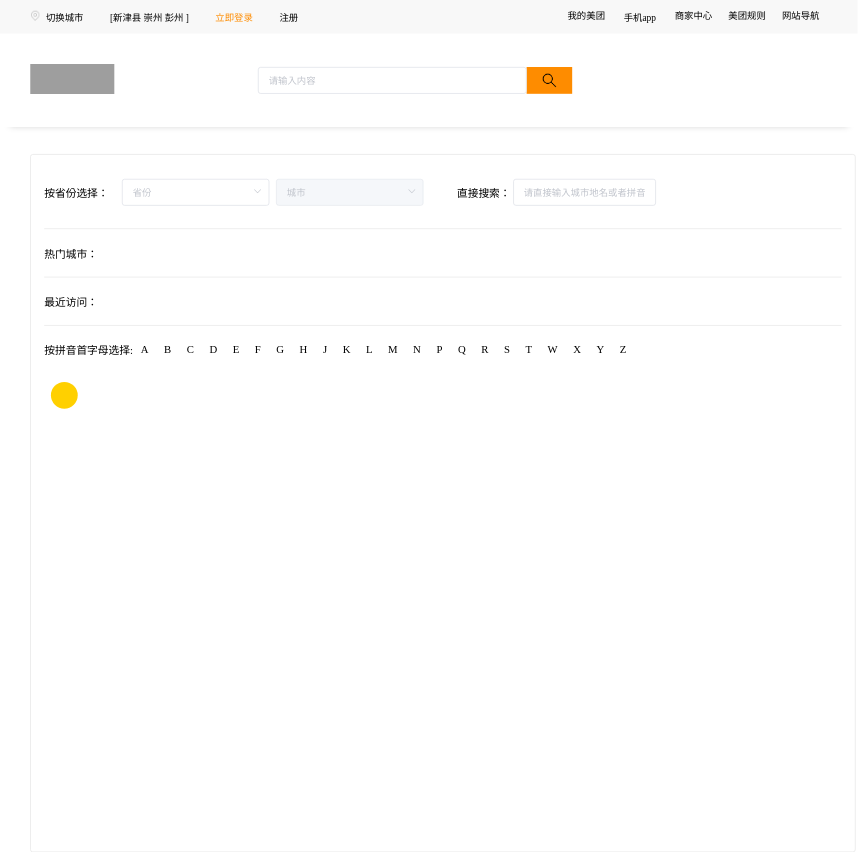
Repository: jinggegeZ/-
Page: /city
The author's editor kept a copy of each file at every save. The page is drawn from the files as they stood at one save, then again after the next save.
The browser window is 1280 px wide. The pictures show the whole page, at 67% of full size.
Pictures or frames that could not be fetched are drawn as grey boxes. The page's requests for data from a server got no answer. The project was rebuilt for these pictures with package versions that can differ from the ones it lists, and the page was loaded fresh each time. No one was signed in, and anything a server would have sent is missing. Also part of the build but not shown: vue.config.js, src/components/Navigation/Navigation.vue, src/components/navbox/navbox.vue, src/components/Sty/Sty.vue, src/views/Home.vue.

Above is the page before, as saved 2020-08-21 17:50:45.

### public/index.html
<!DOCTYPE html>
<html lang="en">
  <head>
    <meta charset="utf-8">
    <meta http-equiv="X-UA-Compatible" content="IE=edge">
    <meta name="viewport" content="width=device-width,initial-scale=1.0">
    <link rel="icon" href="<%= BASE_URL %>favicon.ico">
    <title><%= htmlWebpackPlugin.options.title %></title>
  </head>
  <body>
    <script src="//at.alicdn.com/t/font_2017422_ck56kzje6p4.js"></script>
    <noscript>
      <strong>We're sorry but <%= htmlWebpackPlugin.options.title %> doesn't work properly without JavaScript enabled. Please enable it to continue.</strong>
    </noscript>
    <div id="app"></div>
    <!-- built files will be auto injected -->
  </body>
</html>

### src/App.vue
<template>
  <div id="app">
    <router-view/>
  </div>
</template>

<style lang="scss">
@import '../src/style/style';
</style>

### src/views/city/city.vue
<template>
  <div>
    <top :city="city"></top>
    <div class="topbox1">
      <div class="top">
        <div class="nav">
          <!-- 美团-->
          <div class="nav1">
            <div>
              <img
                class="nav1img"
                src="//s0.meituan.net/bs/fe-web-meituan/fa5f0f0/img/logo.png"
                alt
              />
            </div>
          </div>
          <!-- 搜索-->
          <div class="nav1input">
            <div class="nav1input">
              <el-input v-model="keyword" placeholder="请输入内容" @input="change"></el-input>
              <div class="nav1input1box" v-if="keyword != ''">
                <div class="item" v-for="item in arr" :key="item.id">
                  <div v-if="item.name">{{item.name}}</div>
                </div>
              </div>
            </div>

            <div class="nav1inputboox">
              <img class="nav1inputbooximg" src="../../../public/image/search.png" alt />
            </div>
          </div>
        </div>
      </div>
    </div>
    <div class="topbox2">
      <div class="top">
        <!-- 城市部分 -->
        <div class="citybox">
          <!-- 按省份选择部分 -->
          <div class="citybox-province">
            <!-- 按省份选择左边部分 -->
            <div>按省份选择：</div>
            <div class="proviencechosebox">
              <el-select v-model="value" placeholder="省份">
                <el-option
                  v-for="item in cities"
                  :key="item.id"
                  :label="item.name"
                  :value="item.id"
                >
                  <!-- <span style="float: left">{{ item.name }}</span> -->
                  <span
                    style="float: right; color: #8492a6; font-size: 13px"
                    @click="choseprovice(item)"
                  >{{ item.name }}</span>
                </el-option>
              </el-select>
            </div>
            <div class="citychosebox">
              <el-select v-model="value1" :disabled="flag" placeholder="城市">
                <el-option
                  v-for="item in citiess"
                  :key="item.id"
                  :label="item.name"
                  :value="item.id"
                >
                  <span style="float: left">{{ item.label }}</span>
                  <span
                    style="float: right; color: #8492a6; font-size: 13px"
                    @click="gohome(item)"
                  >{{ item.name }}</span>
                </el-option>
              </el-select>
            </div>
            <!-- 按省份选择左边部分 -->
            <div class="directSearch">
              <div>直接搜索：</div>
              <div class="directSearchbox">
                <div>
                  <el-input v-model="input" placeholder="请直接输入城市地名或者拼音"></el-input>
                </div>
              </div>
            </div>
          </div>
          <!-- 热门城市选择-->
          <div class="hotcitychose">
            <div>热门城市：</div>
            <div class="hotcitychosebox">
              <div v-for="item in hotcitys" :key="item.id" @click="gohome(item)">
                <div v-if="item.name =='市辖区'">{{item.province}}</div>
                <div v-else>{{item.name}}</div>
              </div>
            </div>
          </div>
          <!-- 最近访问-->
          <div class="recentVisit">
            <div>最近访问：</div>
            <div class="recentVisitchosebox">
              <div v-for="(item,index) in recentVisitlist" :key="index">
                <div class="recentVisitchosebox-item">{{item}}</div>
              </div>
            </div>
          </div>
          <!-- 拼音首字母 -->
          <div class="Initials">
            <div>按拼音首字母选择:</div>
            <div class="Initialsbox">
                <div v-for="(item,index) in letter" :key="index">
                <div >{{item}}</div>
              </div>
            </div>
          </div>
          <!-- 详细地区 -->
          <div class="detailscity">
            <div class="letter"></div>
            <div></div>
          </div>
        </div>
      </div>
    </div>
  </div>
</template>

<script>
import top from "../../components/top/top";
import city from "../../../city/city"
export default {
  name: "",
  props: {},
  components: {
    top,
  },
  data() {
    return {
      city: "",
      keyword: "",
      arr: [],
      cities: [],
      citiess: [],
      input: "",
      value: "",
      value1: "",
      flag: true,
      hotcitys: [],
      recentVisitlist: [],
      name:'',
      citys:{},
      letter:[]
    };
  },
  methods: {
    //输入框change事件变化
    change(value) {
      this.keyword = value;
      this.$api
        .getkeyword({ city: this.city, keyword: this.keyword })
        .then((res) => {
          this.arr = res.data.pois.slice(0, 10);
        })
        .catch((err) => {});
    },
    //点击获取id
    choseprovice(item) {
      let id = item.id;
      this.$api
        .getcity(id)
        .then((res) => {
          console.log(res);
          if (res.code === 200) {
            this.citiess = res.data.city;
            this.flag = false;
          }
        })
        .catch((err) => {});
      this.value1 === "";
    },
    //点击返回首页
    gohome(item) {
      console.log(item);
      if(item.name ==='市辖区'){
          this.name = item.province;
      }
      else{
          this.name = item.name
      }
      let arr = this.recentVisitlist;
      arr.push(this.name);
      localStorage.setItem("arr", JSON.stringify(arr));
    },
  },
  mounted() {
    //获取存储
    if (JSON.parse(localStorage.getItem("arr"))) {
      this.recentVisitlist = JSON.parse(localStorage.getItem("arr"));
    }

    //获取省份
    this.$api
      .getprovince()
      .then((res) => {
        if (res.code === 200) {
          this.cities = res.data.province;
        }
      })
      .catch((err) => {});
    //获取城市
    this.$api
      .getposition()
      .then((res) => {
        this.city = JSON.parse(res.data).city;
      })
      .catch((err) => {});
    //获取热门城市
    this.$api
      .gethotcity()
      .then((res) => {
        console.log(res);
        if (res.code === 200) {
          this.hotcitys = res.data.hots;
        }
      })
      .catch((err) => {});
    //获取city.js中的数据
    this.citys = city.data.cities
    for(let i in this.citys){
        this.letter.push(i)
        console.log(this.citys[i]);
    }
  },
  watch: {},
  computed: {},
};
</script>

<style scoped lang='scss'>
</style>

### src/components/top/top.vue
<template>
  <div class="topbox">
    <div class="top">
      <div class="top1">
        <div class="leftbox">
          <div>
            <img class="leftboximg" src="../../../public/image/pos.png" alt /> <span class="spans" @click="gocity">{{this.city}}</span>
             <span class="spans1">切换城市</span>
          </div>
          <div>[<span class="spans">新津县</span> <span class="spans">崇州</span> <span class="spans">彭州</span> ]</div>
          <div class="rightnow">立即登录</div>
          <div>注册</div>
        </div>
        <div class="rightbox">
          <div class="rightbox1">
            <div class="postion">我的美团</div>
            <div class="rightbox2">
              <div class="rightbox3">我的订单</div>
              <div class="rightbox3">我的收藏</div>
              <div class="rightbox3">抵用券</div>
              <div class="rightbox3">美团设置</div>
            </div>
          </div>

          <div class="rightbox1">手机app</div>
          <div class="rightbox1">
            <div class="postion">商家中心</div>
            <div class="rightbox2">
              <div class="rightbox4">美团餐饮用户中心</div>
              <div class="rightbox4">登录商家中心</div>
              <div class="rightbox4">美团智能收银</div>
              <div class="rightbox4">我想合作</div>
              <div class="rightbox4">手机免费开店</div>
              <div class="rightbox4">餐饮代理商招募</div>
              <div class="rightbox4">商家申请开票</div>
              <div class="rightbox4">免费合作美团排队</div>
            </div>
          </div>
          <div class="rightbox1">
            <div class="postion">美团规则</div>
            <div class="rightbox2">
              <div class="rightbox3">规则中心</div>
              <div class="rightbox3">规则目录</div>
              <div class="rightbox3">规则评议院</div>
            </div>
          </div>
          <div class="rightbox1">
            <div class="postion">网站导航</div>
            <div class="rightbox2">
              <div class="rightbox5">
                <div class="rightbox6">
                  <div class="rightbox6-1">
                    <div class="rightbox6-1-1">酒店旅游</div>
                    <div class="rightbox6-1-2">.
                        <div class="rightbox6-1-2-1">
                            <div>国际机票</div>
                            <div>火车票</div>
                            <div>民宿</div>
                        </div>
                        <div class="rightbox6-1-2-1">
                            <div>经济型酒店</div>
                            <div>主题酒店</div>
                            <div>商务酒店</div>
                        </div>
                        <div class="rightbox6-1-2-1">
                            <div>公寓</div>
                            <div>豪华酒店</div>
                            <div>客栈</div>
                        </div>
                        <div class="rightbox6-1-2-1">
                            <div>青年旅社</div>
                            <div>度假酒店</div>
                            <div>别墅</div>
                        </div>
                        <div class="rightbox6-1-2-2">
                            <div>农家院</div>
                        </div>

                    </div>
                  </div>
                  <div class="rightbox6-2">
                    <div class="rightbox6-2-1">吃美食</div>
                    <div class="rightbox6-2-1-1">
                        <div class="rightbox6-1-2-1">
                            <div>烤鱼</div>
                            <div>特色小吃</div>

                        </div>
                        <div class="rightbox6-1-2-1">
                            <div>烧烤</div>
                            <div>自助餐</div>

                        </div>
                        <div class="rightbox6-1-2-1">
                            <div>火锅</div>
                            <div>代金券</div>
                        </div>




                    </div>
                  </div>
                  <div class="rightbox6-2">
                    <div class="rightbox6-2-1">看电影</div>
                    <div class="rightbox6-2-1-1">
                        <div class="rightbox6-2-1-1-font">热映电影</div>
                        <div class="rightbox6-2-1-1-font">热门电影</div>
                        <div class="rightbox6-2-1-1-font">热映电影口碑榜</div>
                        <div class="rightbox6-2-1-1-font">最受期待电影</div>
                        <div class="rightbox6-2-1-1-font">国内票房榜</div>
                        <div class="rightbox6-2-1-1-font">北美票房榜</div>
                        <div class="rightbox6-2-1-1-font">电影排行榜</div>

                    </div>
                  </div>
                  <div class="rightbox6-3">
                  <div class="rightbox6-3-1">手机应用</div>
                    <div class="rightbox6-3-1-1">
                        <div class="rightbox6-3-1-1-1">
                            <div><img class="rightbox6-3-1-1-1-img" src="//s0.meituan.net/bs/fe-web-meituan/2d53095/img/appicons/meituan.png" alt=""></div>
                            <div><img class="rightbox6-3-1-1-1-img" src="//s1.meituan.net/bs/fe-web-meituan/404d350/img/appicons/waimai.png" alt=""></div>
                            <div><img class="rightbox6-3-1-1-1-img" src="https://p0.meituan.net/travelcube/162c3308d9622f6d9cfaa49e60be4dca8573.png" alt=""></div>
                            <div><img class="rightbox6-3-1-1-1-img" src="//s1.meituan.net/bs/fe-web-meituan/404d350/img/appicons/dianping.png" alt=""></div>
                            <div><img class="rightbox6-3-1-1-1-img" src="//s1.meituan.net/bs/fe-web-meituan/404d350/img/appicons/maoyan.png" alt=""></div>
                        </div>
                    </div>
                  </div>
                </div>
              </div>
            </div>
          </div>
        </div>
      </div>
    </div>
  </div>
</template>

<script>
export default {
  name: "",
  props: {
    city:{
      type:String
    }
  },
  components: {},
  data() {
    return {};
  },
  methods: {
    // 去往城市页面
    gocity(){
      this.$router.push('/city')
    }
  },
  mounted() {},
  watch: {},
  computed: {},
};
</script>

<style scoped lang='scss'>
</style>

Loaded but not shown: src/store/index.js (common file); city/city.js (3866 lines, source omitted); src/http/api.js (30 lines, source omitted); src/router/index.js (31 lines, source omitted); src/main.js (16 lines, source omitted); src/http/index.js (15 lines, source omitted); src/style/style.css (852 lines, source omitted)

After the next save:
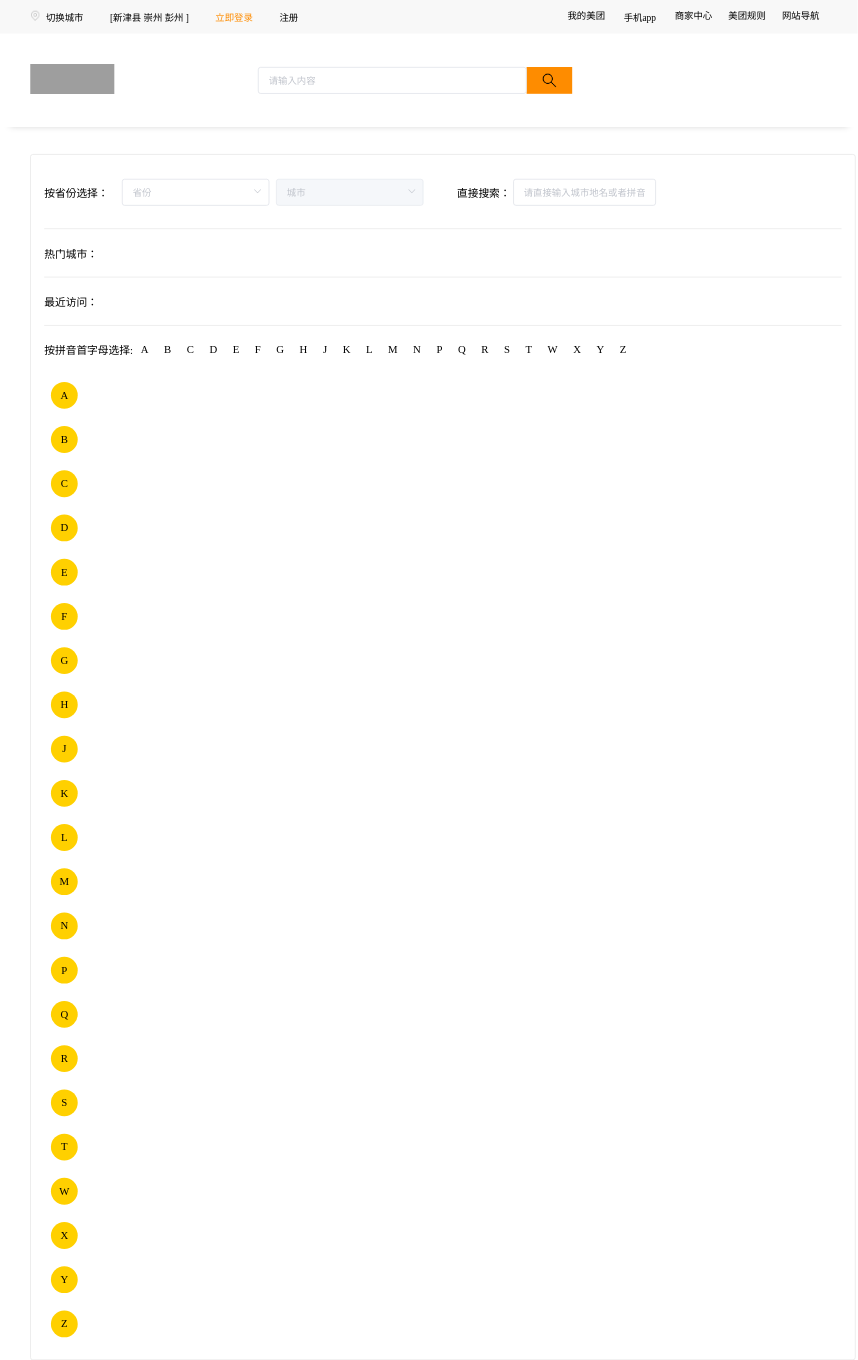
Saved 2 min 36 s later.
--- a/src/views/city/city.vue
+++ b/src/views/city/city.vue
@@ -111,8 +111,8 @@
             </div>
           </div>
           <!-- 详细地区 -->
-          <div class="detailscity">
-            <div class="letter"></div>
+          <div class="detailscity" v-for="(item,index) in letter" :key="index">
+            <div class="letter">{{item}}</div>
             <div></div>
           </div>
         </div>
